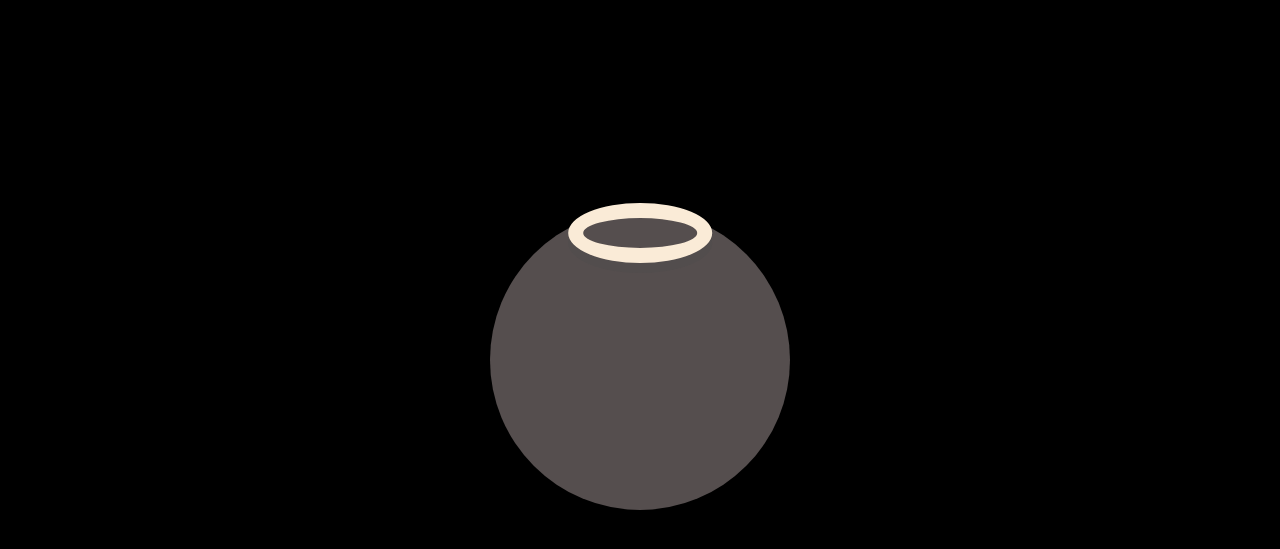
Repository: zjria/Colorful-Glowing-Liquid-Bowl-Animation-Effects
Page: index.html
The author's editor kept a copy of each file at every save. The page is drawn from the files as they stood at one save, then again after the next save.
The browser window is 1280 px wide. The pictures show the whole page.

Above is the page before, as saved 2022-04-15 17:44:13.

After the next save:
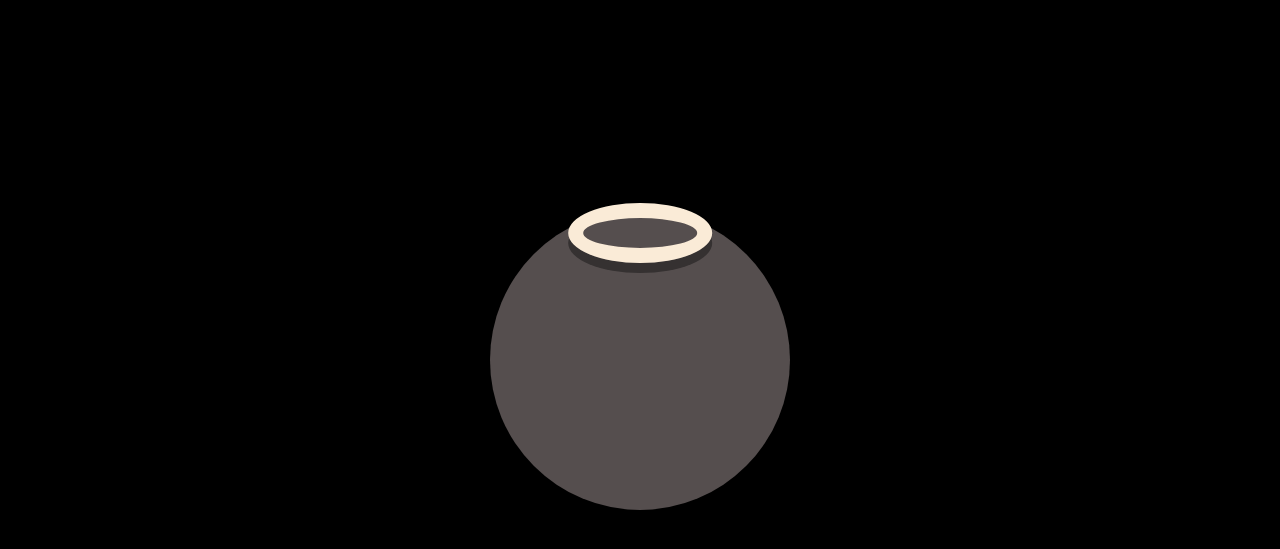
Saved 25 s later.
--- a/style.css
+++ b/style.css
@@ -28,5 +28,5 @@
     height: 30px;
     border-radius: 50%;
     border: 15px solid antiquewhite;
-    box-shadow: 0 10px rgb(82, 77, 77) ;
+    box-shadow: 0 10px rgb(53, 49, 49) ;
 }
